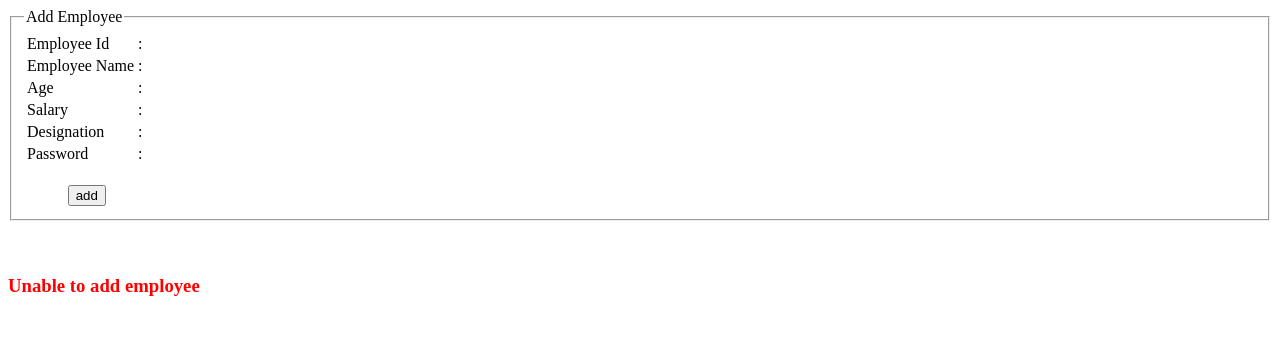
Repository: AbhayaAdarsh/TY_CG_HTD_BANGLORENOVEMBER_JFS_ABHAYAADARSH
Page: http://localhost/mywebapp/AddEmpJspForm.jsp
These files come from the project's save history. The page is drawn as it stood at one moment and after the next save; the edit follows.
The browser window is 1280 px wide. The pictures show the whole page.
The page is served by Tomcat 9. Nobody is signed in. The application's start-up code is not run. Other server files are loaded and not shown.

Above is the page before, as saved 2019-12-18 06:45:11.

### Back End/Servlets/mywebapp/src/main/webapp/AddEmpJspForm.jsp
<%@page import="com.capgemini.mywebapp.bean.EmployeeInfoBean"%>
<%@ page language="java" contentType="text/html; charset=ISO-8859-1"
    pageEncoding="ISO-8859-1"%>
    <%@ page session="false" %>
    <% EmployeeInfoBean employeeInfoBean=(EmployeeInfoBean)request.getAttribute("employeeInfoBean");%>
<!DOCTYPE html>
<html>
<head>
<meta charset="ISO-8859-1">
<title>Insert title here</title>
</head>
<body>
<fieldset>
<legend>Add Employee</legend>
<form action="./addEmployee1" method="post">
<table>
<tr>
 <td>Employee Id</td>
 <td>:</td>
 <td input type="number" name="empId" required></td>
</tr>
<tr>
 <td>Employee Name</td>
 <td>:</td>
 <td input type="text" name="name" required></td>
</tr>
<tr>
 <td>Age</td>
 <td>:</td>
 <td input type="number" name="age" required></td>
</tr>
<tr>
 <td>Salary</td>
 <td>:</td>
 <td input type="number" name="salary" required></td>
</tr>
<tr>
 <td>Designation</td>
 <td>:</td>
 <td input type="text" name="designation" required></td>
</tr>
<tr>
 <td>Password</td>
 <td>:</td>
 <td input type="password" name="password" required></td>
</tr>
<tr>
 <td colspan="3" align="center"><br>
 <input type="submit" value="add"></td>
</tr>
</table>
</form>
</fieldset>

<br><br>
<% if(employeeInfoBean==null){%>
<h3 style="color:red;">Unable to add employee</h3>
<%} else {%>
<h3 style="color:green;">Employee added successfully</h3>
<%}%>
</body>
</html>

After the next save:
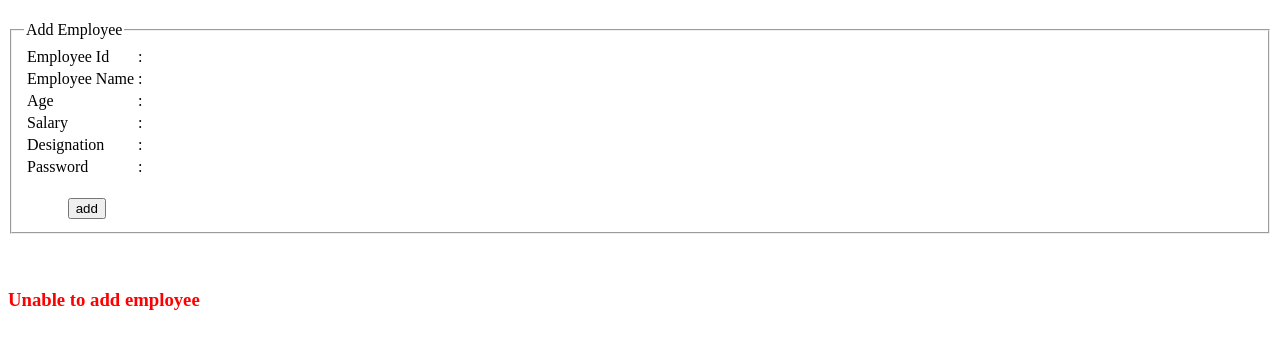
Saved 24 min 36 s later.
--- a/Back End/Servlets/mywebapp/src/main/webapp/AddEmpJspForm.jsp
+++ b/Back End/Servlets/mywebapp/src/main/webapp/AddEmpJspForm.jsp
@@ -10,6 +10,7 @@
 <title>Insert title here</title>
 </head>
 <body>
+<h4><a href="./home"></a></h4>
 <fieldset>
 <legend>Add Employee</legend>
 <form action="./addEmployee1" method="post">
